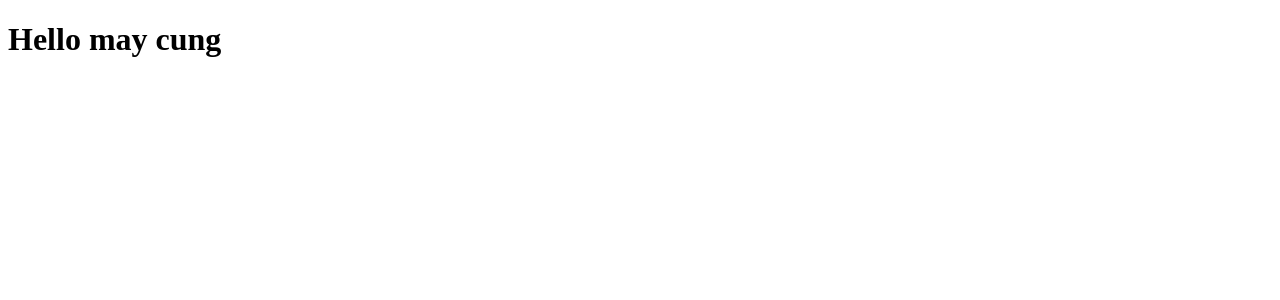
Repository: anhsan10012000/learn-git
Page: index.html
An editor plug-in stored every save of this project. The page is shown before and after the next save, followed by the edit.
The browser window is 1280 px wide. The pictures show the whole page.

Above is the page before, as saved 2022-07-13 21:12:39.

### index.html
<!DOCTYPE html>
<html lang="en">
<head>
    <meta charset="UTF-8">
    <meta http-equiv="X-UA-Compatible" content="IE=edge">
    <meta name="viewport" content="width=device-width, initial-scale=1.0">
    <title>Document</title>
    <script src="https://unpkg.com/react@18/umd/react.development.js" crossorigin></script>
</head>
<body>

    <script>
       const h1DOM = document.createElement('h1');
       h1DOM.title = 'hello';
       h1DOM.className = 'heading';
       h1DOM.innerText = 'Hello may cung ';
       document.body.append(h1DOM);
    </script>
</body>
</html>

After the next save:
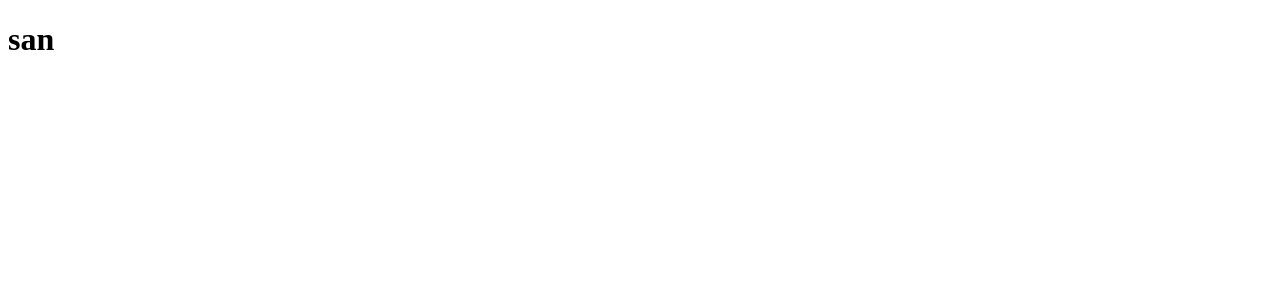
Saved 22 s later.
--- a/index.html
+++ b/index.html
@@ -14,6 +14,7 @@
        h1DOM.title = 'hello';
        h1DOM.className = 'heading';
        h1DOM.innerText = 'Hello may cung ';
+       h1DOM.innerHTML = 'san'
        document.body.append(h1DOM);
     </script>
 </body>

After the 5 saves that followed:
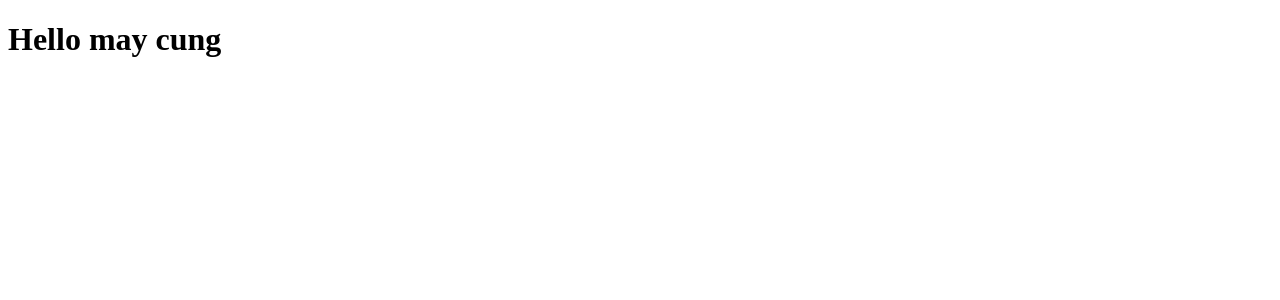
The 5 saves are shown as one change because 4 left the picture as it was.
The last was saved 42 s later.
--- a/index.html
+++ b/index.html
@@ -11,11 +11,11 @@
 
     <script>
        const h1DOM = document.createElement('h1');
-       h1DOM.title = 'hello';
+    //    h1DOM.title = 'hello';
        h1DOM.className = 'heading';
        h1DOM.innerText = 'Hello may cung ';
-       h1DOM.innerHTML = 'san'
-       document.body.append(h1DOM);
+
+       document.body.appendChild(h1DOM);
     </script>
 </body>
 </html>
